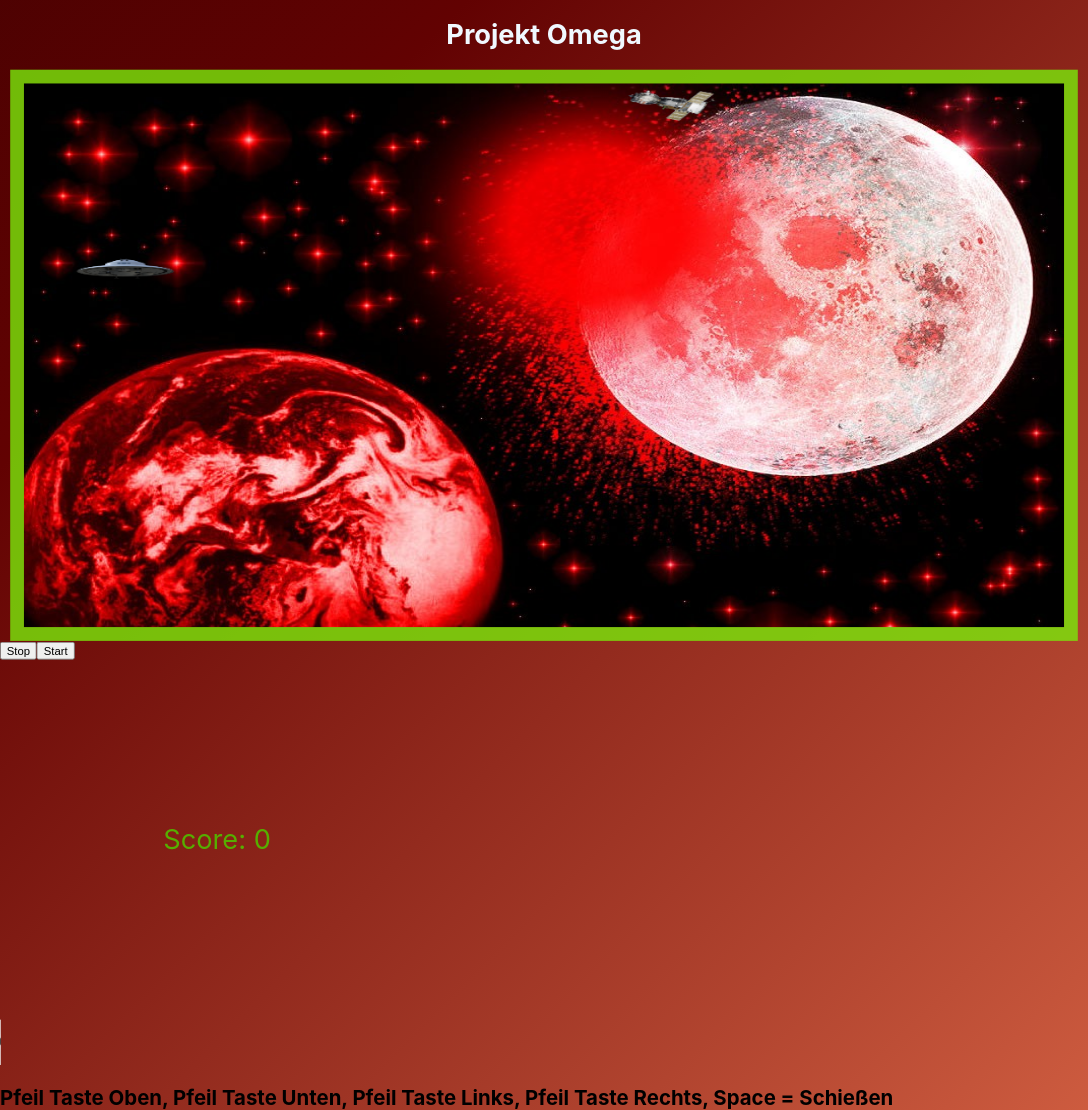
Repository: Der-Metatron/Projekt-Omega-Sprotte
Page: /, after clicking the first element matching `button.startbutton`
These files come from the project's save history. The page is drawn as it stood at one moment and after the next save; the edit follows.
The browser window is 1280 px wide. The pictures show the whole page, at 85% of full size.
The project was rebuilt for these pictures with package versions that can differ from the ones it lists, and the page was loaded fresh each time.

Above is the page before, as saved 2022-06-23 19:04:37.

### public/index.html
<!DOCTYPE html>
<html lang="de">
  <head>
    <meta charset="UTF-8" />
    <meta name="Metatron" content="width=device-width, initial-scale=1.0" />
    <link rel="stylesheet" href="style.css" />

    <title>Projekt-Omega></title>
  </head>

  <body>
    <!-- <body onload="startGame()"> -->
    <div id="root"></div>
    <!-- TEST -->
    <div id="canvasbackground"></div>
  </body>
</html>

### src/App.js
/* Hier werden die Einzelnen Seiten Hinzugefügt */
import "./App.css";
import { useState } from "react";
import { GameCanvas } from "./components/GameCanvas";
import { Welcome } from "./components/Welcome";
import { Footer } from "./components/Footer";

function App() {
  const [currentPage, setCurrentPage] = useState(0);
  return (
    <div className="App">
      {currentPage === 0 ? (
        <>
          <Welcome
            onContinue={() => {
              setCurrentPage(1);
            }}
          />
        </>
      ) : (
        <>
          <h1>Projekt Omega</h1>
          <GameCanvas />
          <Footer />
        </>
      )}
    </div>
  );
}

export default App;

### src/App.css
html,
body {
  width: 100%;
  height: 100%;
}

h1 {
  text-align: center;
  color: aliceblue;
}

body {
  background: linear-gradient(-45deg, #ee7752, #620202, #000000, #265046);
  background-size: 400% 400%;
  animation: gradient 15s ease infinite;
}

@keyframes gradient {
  0% {
    background-position: 0% 50%;
  }
  50% {
    background-position: 100% 50%;
  }
  100% {
    background-position: 0% 50%;
  }
}

### src/components/GameCanvas.jsx
import React, { useRef, useEffect, useState } from "react";
import { GameControl } from "../services/game-control";
import ReactAudioPlayer from "react-audio-player";

import "./GameCanvas.css";

export const GameCanvas = () => {
  const [score, setScore] = useState(0);
  const [message, setMessage] = useState("");
  const canvasRef = useRef(null);
  const gameControl = useRef(null);

  useEffect(() => {
    const canvas = canvasRef.current;
    const context = canvas.getContext("2d");
    gameControl.current = GameControl(context);
    gameControl.current.addEventListener((event, payload) => {
      switch (event) {
        case "score_changed":
          setScore(payload.score);
          break;
        case "game_over":
          setMessage("Game Over!");
          break;
        default:
          break;
      }
    });
    gameControl.current.startGame();
  }, []);

  return (
    <>
      {/* -----------------Größe desCanvas-------------------------------------- */}
      <canvas
        ref={canvasRef}
        className="game-canvas"
        width="1024"
        height="640"
      />
      {/* --------------Button Stop------------------------------------------- */}
      <button
        className="stopbutton"
        onClick={() => {
          gameControl.current.endGame();
        }}
      >
        Stop
      </button>
      {/* ----------------Button Stsrt------------------------------------ */}
      <button
        className="weiterbutton"
        onClick={() => {
          gameControl.current.startGame();
        }}
      >
        Start
      </button>
      <p className="punkte">Score: {score}</p> {/* Angezeigter Punktezähler */}
      <p>{message}</p> {/* FEHLER */}
      {/* -------------------------------AUDIO----------------------------------------------- */}
      <ReactAudioPlayer
        src="/audio/Musik/titel 1.mp3"
        autoPlay
        controls
        loop
        volume={0.5}
      />
    </>
  );
};

### src/components/Welcome.jsx
import React from "react";
import "./Welcome.css";
import ReactAudioPlayer from "react-audio-player";

function randomPosition() {
  let y = window.innerWidth;
  let x = window.innerHeight;
  let randomX = Math.floor(Math.random() * x);
  let randomY = Math.floor(Math.random() * y);
  return [randomX, randomY];
}

export const Welcome = ({ onContinue }) => {
  const starDivs = [];
  for (let i = 0; i < 400; i++) {
    let xy = randomPosition();
    starDivs.push(
      <div
        key={i}
        className="stars"
        style={{
          top: xy[0],
          left: xy[1],
        }}
      ></div>
    );
  }
  /* ----------------------------------------------------------------------------- */
  console.log(starDivs);
  /* ------------------------------------------------------------------------------ */
  return (
    <div className="welcome-container">
      {starDivs}

      {/* <!-- Erste Inro laufschrift --> */}

      <section className="intro">
        In einer Zeit bei DCI mit einer kleinen aufstrebenden Programmier
        Gruppe...................
      </section>
      <section className="logo">
        <img src="/public/img/Unbenannt.png" alt="Projekt-Omega Geschichte" />
      </section>
      <div id="scroller">
        <div id="content">
          <p id="title">Episode DCI Abschlussprojekt</p>
          <br></br>
          <p id="subtitle">Projekt-Omega</p>
          <br />
          <p>
            Du bist alleine mit deinen Raumschiff Omega und kämpfst in einer
            Dystopischen Welt voller feindlichen Gegnern ums überleben.Während
            des 21.Jahrhundert befinden sich in der Umlaufbahn des Planeten Erde
            durch Umweltverschmutzung,zügelloser verbrauch der Ressourcen und
            Machthungriger Politiker Unmengen an Weltraum Schrott, Satelliten
            und Gruppen verschiedener Fraktionen die versuchen dir das Licht
            auszuknipsen dazu kommen nach und nach eine Invasion von Feindlichen
            Flug Objekten dazu und machen dir das Leben zur Hölle. Messe dich
            mit anderen Spielern um die Höchste Punktzahl,verewige dich in der
            Highscore und werde der Ultimative Retter des Universums.
          </p>
          <p>
            Idee: Der Metatron. Programming: Der Metatron, Serdar, Dennis. Musik
            & Sound: Der Metatron. Grafik: Emergancy-Romm Tattoo, Pixbay, Der
            Metatron. Backend: Serdar. Canvas build React: Ralf.
          </p>
          <p>Erstellt mit: Canvas, Html, Reackt, MongoDb, Express, Css.</p>
          <p>
            Danke an alle die uns bei diesen Projekt unterstützt haben und uns
            die gelegenheit gegeben haben unser Ideen zu verwirklichen.Special
            Thanks to Ralf & Chriatian. Und jetzt viel Spaß beim Zocken!!!
          </p>
        </div>
      </div>

      <footer>
        {/* ---------------------AUDIO-------------------------------------------- */}
        <ReactAudioPlayer
          src="/audio/Musik/Projekt Omega cut.mp3"
          autoPlay
          controls
          volume={0.5}
        />
        {/* ----------------------------------------------------------------------- */}
        <button
          className="startbutton"
          onClick={() => {
            onContinue();
          }}
        >
          Start Game!
        </button>
      </footer>
    </div>
  );
};

### src/components/Footer.jsx
import React from "react";

export const Footer = () => {
  return (
    <div>
      <h2>
        Pfeil Taste Oben, Pfeil Taste Unten, Pfeil Taste Links, Pfeil Taste
        Rechts, Space = Schießen
      </h2>
    </div>
  );
};

### src/services/game-control.js
const KeysToWatch = [
  "Space",
  "ArrowUp",
  "ArrowDown",
  "ArrowLeft",
  "ArrowRight",
];
const KeyStates = {};
document.addEventListener("keydown", (e) => {
  if (KeysToWatch.includes(e.code)) {
    e.preventDefault();
    KeyStates[e.code] = true;
  }
});
document.addEventListener("keyup", (e) => {
  if (KeysToWatch.includes(e.code)) {
    e.preventDefault();
    KeyStates[e.code] = false;
  }
});

export const GameControl = (context) => {
  const ctx = context;
  let eventListeners = [];
  let gameStarted = false;
  let score = 0;
  const intervals = {
    update: null,
    createUfos: null,
    checkForCollision: null,
    checkForShoot: null,
  };
  let backgroundImage = new Image();
  let rocket = {
    x: 50,
    y: 200,
    width: 100,
    height: 50,
    src: "img/ufo1.png",
  };
  let ufos = [];
  let shots = [];

  const loadImages = () => {
    backgroundImage.src = "img/- WALLPAPER - (276).jpg";
    rocket.img = new Image();
    rocket.img.src = rocket.src;
  };

  const draw = () => {
    ctx.drawImage(backgroundImage, 0, 0);
    ctx.drawImage(rocket.img, rocket.x, rocket.y, rocket.width, rocket.height);

    ufos.forEach(function (ufo) {
      ctx.drawImage(ufo.img, ufo.x, ufo.y, ufo.width, ufo.height);
    });

    shots.forEach(function (shot) {
      ctx.drawImage(shot.img, shot.x, shot.y, shot.width, shot.height);
    });

    if (gameStarted) {
      requestAnimationFrame(draw);
    }
  };

  const update = () => {
    if (KeyStates.ArrowUp) {
      rocket.y -= 6;
    }
    if (KeyStates.ArrowDown) {
      rocket.y += 6;
    }
    if (KeyStates.ArrowLeft) {
      rocket.x -= 6;
    }

    if (KeyStates.ArrowRight) {
      rocket.x += 6;
    }
    ufos.forEach(function (ufo) {
      if (!ufo.hit) {
        ufo.x -= 5;
      }
    });
    shots.forEach(function (shot) {
      shot.x += 15;
    });
  };

  const createUfos = () => {
    let ufo = {
      x: 800,
      y: Math.random() * 500, // Wir platzieren unsere UFOs an einem zufälligen Ort
      width: 100,
      height: 40,
      src: "img/sat.png",

      img: new Image(),
    };
    ufo.img.src = ufo.src; // Ufo-Bild wird geladen.
    ufos.push(ufo);
  };
  const checkForCollision = () => {
    ufos.forEach(function (ufo) {
      // Kontrollieren, ob UFO mit Rakete kollidiert
      if (
        rocket.x + rocket.width > ufo.x &&
        rocket.y + rocket.height > ufo.y &&
        rocket.x < ufo.x &&
        rocket.y < ufo.y + ufo.height
      ) {
        rocket.img.src = "img/boom3.png";
        console.log("Collion!!!");
        ufos = ufos.filter((u) => u !== ufo);
        gameOver();
      }

      shots.forEach(function (shot) {
        // Kontrollieren, ob Laser mit Rakete kollidiert
        if (
          shot.x + shot.width > ufo.x &&
          shot.y + shot.height > ufo.y &&
          shot.x < ufo.x &&
          shot.y < ufo.y + ufo.height
        ) {
          ufo.hit = true;
          ufo.img.src = "img/boom3.png";
          console.log("Collision!!!");
          increaseScore(10);
          setTimeout(() => {
            ufos = ufos.filter((u) => u !== ufo);
          }, 2000);
        }
      });
    });
  };
  const checkForShoot = () => {
    if (KeyStates.Space) {
      let shot = {
        x: rocket.x + 110,
        y: rocket.y + 22,
        width: 20,
        height: 4,
        src: "img/shot.png",
        img: new Image(),
      };
      shot.img.src = shot.src; // Laser-Bild wird geladen.
      shots.push(shot);
    }
  };

  const gameOver = () => {
    clearIntervals();
    gameStarted = false;
    fireEvent("game_over");
  };

  const increaseScore = (increment) => {
    score += increment;
    fireEvent("score_changed", { score });
  };

  const resetScore = () => {
    score = 0;
    fireEvent("score_changed", { score });
  };

  const clearIntervals = () => {
    for (let [key, value] of Object.entries(intervals)) {
      if (value !== null) {
        clearInterval(value);
      }
      intervals[key] = null;
    }
  };
  const startIntervals = () => {
    clearIntervals();
    intervals.update = setInterval(update, 1000 / 25);
    intervals.createUfos = setInterval(createUfos, 2000);
    intervals.checkForCollision = setInterval(checkForCollision, 1000 / 25);
    intervals.checkForShoot = setInterval(checkForShoot, 1000 / 10);
  };

  const fireEvent = (event, payload) => {
    for (let listener of eventListeners) {
      listener(event, payload);
    }
  };

  const initGame = () => {
    rocket.x = 50;
    rocket.y = 200;
    ufos = [];
    shots = [];
    loadImages();
    clearIntervals();
    resetScore();
  };

  return {
    addEventListener: (listener) => {
      console.log("addEventListener", listener);
      eventListeners.push(listener);
    },
    startGame: () => {
      initGame();
      startIntervals();
      gameStarted = true;
      draw();
    },
    pauseGame: () => {
      clearIntervals();
      gameStarted = false;
    },
    continueGame: () => {
      startIntervals();
      gameStarted = true;
      draw();
    },
    endGame: () => {
      clearIntervals();
      gameStarted = false;
    },
  };
};

### src/components/GameCanvas.css
canvas {
  background-color: rgba(122, 234, 10, 0.8);
  padding-left: 0;
  padding-right: 0;
  margin-left: auto;
  margin-right: auto;
  display: block;
  width: 1224px;
  height: 640px;
  padding: 1rem;
}

### src/components/Welcome.css
@import url("https://fonts.googleapis.com/css2?family=Open+Sans&display=swap");

.welcome-container {
  margin: 0;
  background-color: #000;
  overflow: hidden !important;
}

.welcome-container::after {
  content: "";
  position: fixed;
  top: 0;
  left: 0;
  width: 100%;
  height: 80vh;
  background: linear-gradient(
    to bottom,
    rgba(0, 0, 0, 1) 61%,
    rgba(0, 0, 0, 0.54) 79%,
    rgba(0, 0, 0, 0) 100%
  );
  z-index: 1;
}

.stars {
  position: absolute;
  width: 1px;
  height: 1px;
  background-color: #fff;
  z-index: 3;
}

.intro {
  position: absolute;
  top: 50%;
  left: 50%;
  transform: translate(-50%, -50%);
  z-index: 2;
  color: rgb(75, 213, 238);
  font-family: "Open Sans", sans-serif;
  font-weight: 500;
  font-size: 3.25rem;
  width: 80%;
  opacity: 0;
  animation: intro 6s ease-out 0.5s;
}

@keyframes intro {
  0% {
    opacity: 0;
  }
  20% {
    opacity: 1;
  }
  90% {
    opacity: 1;
  }
  100% {
    opacity: 0;
  }
}

.logo {
  position: absolute;
  top: 50%;
  left: 50%;
  transform: translate(-50%, -50%);
  z-index: 2;
  width: 100%;
  opacity: 0;
  animation: logo 10s ease-out 9s;
}

.logo img {
  width: inherit;
}

@keyframes logo {
  0% {
    opacity: 1;
    transform: translate(-50%, -50%) scale(2);
  }
  70% {
    opacity: 1;
  }
  100% {
    opacity: 0;
    transform: translate(-50%, -50%) scale(0.1);
  }
}

p {
  color: #ffe81f;
}

#scroller {
  font-family: sans-serif;
  font-weight: bold;
  font-size: 350%;
  text-align: justify;
  overflow: hidden;
  height: 50em;
  width: 20em;
  position: absolute;
  bottom: 0;
  left: 50%;
  margin-left: -10em;
  z-index: 0;
  transform: perspective(350px) rotateX(25deg);
  transform-origin: 50% 100%;
}

#scroller::after {
  position: absolute;
  content: "";
  bottom: 60%;
  left: 0;
  right: 0;
  top: 0;
}

#content {
  position: absolute;
  top: 100%;
  animation: scoller 100s linear 16s;
}

@keyframes scoller {
  0% {
    top: 100%;
  }
  100% {
    top: -200%;
  }
}

#title,
#subtitle {
  text-align: center;
  line-height: 1.5rem;
}

#subtitle {
  text-transform: uppercase;
  font-size: 3.5rem;
}

footer {
  position: absolute;
  z-index: 10;
}
/*  */
.startbutton {
  display: inline-block;
  margin: 20px;
  text-decoration: none;
  font-family: Arial;
  font-size: 20px;
  border: 1px solid #56ae00;
  border-radius: 25px 5px 5px 25px;
  background-color: #aae472;
  color: #3c5721;
  padding: 5px 10px 5px 25px;
}
.startbutton:hover {
  padding: 5px 25px 5px 10px;
  border-radius: 5px 25px 25px 5px;
}
.punkte {
  color: #56ae00;
  font-size: 2rem;
  margin: 12rem;
}

Loaded but not shown: src/index.js (common file); src/index.css (common file); src/reportWebVitals.js (common file); public/style.css (empty)

After the next save:
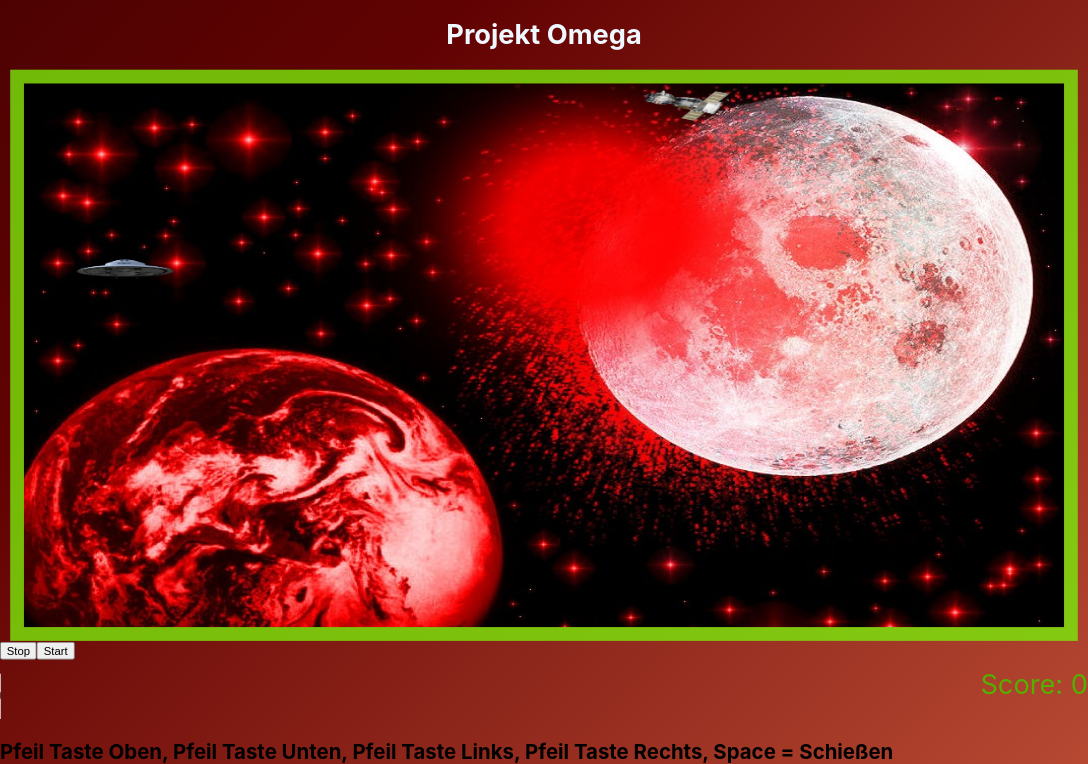
Saved 36 s later.
--- a/src/components/Welcome.css
+++ b/src/components/Welcome.css
@@ -169,5 +169,5 @@
 .punkte {
   color: #56ae00;
   font-size: 2rem;
-  margin: 12rem;
+  float: right;
 }
